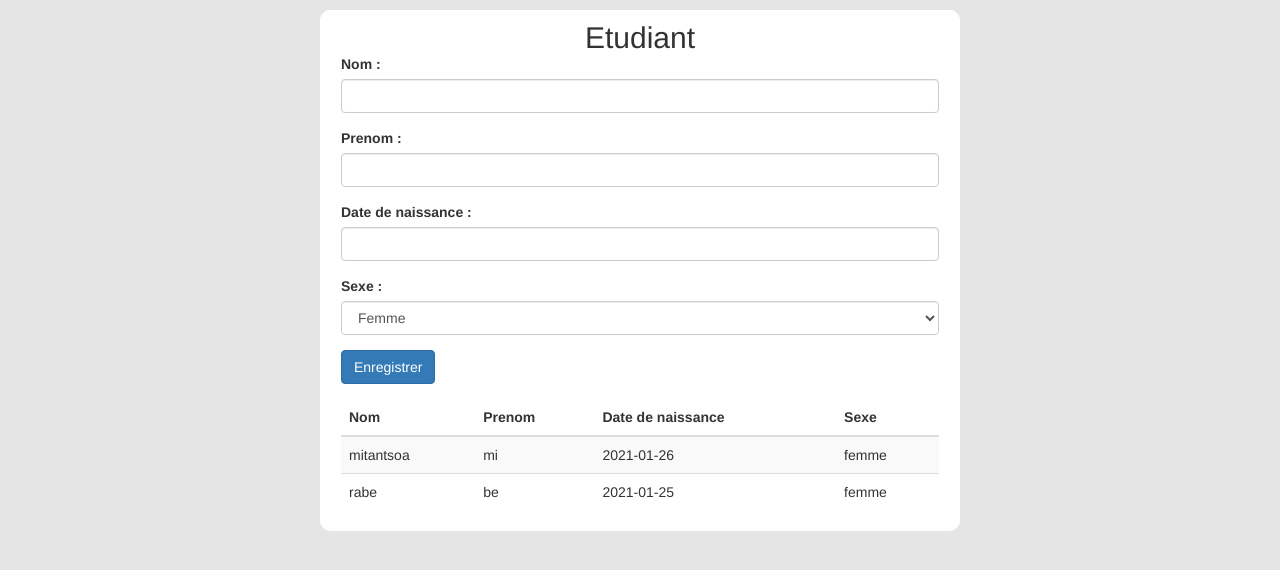
Repository: mitantsoa1/CRUD-note
Page: http://localhost/
The author's editor kept a copy of each file at every save. The page is drawn from the files as they stood at one save, then again after the next save.
The browser window is 1280 px wide. The pictures show the whole page.
The page is run by PHP 8.4 with error messages shown; the project is at /var/www/html/. The database holds what the project's SQL file puts in it.

Above is the page before, as saved 2021-02-11 16:05:35.
Console error: SyntaxError: Unexpected token '<'

### index.php
<?php

require_once ("Controls/Controllers.class.php");
// require_once ("Models/Database.class.php");
// Database::init("localhost","stage","root","");

if(isset($_GET['action'])){
    if(method_exists("Controllers",$_GET['action'])){
        $reflect = new ReflectionMethod("Controllers",$_GET['action']);
        $class = "Controllers";
        $reflect -> invoke(new $class);
    }else{
        Controllers::loadView("erreur.php");
    }
}else{
    Controllers::loadView("indexView.php");
}

?>

### Controls/Controllers.class.php
<?php
	class Controllers{

		public static function loadView($page){
			$page = htmlspecialchars(trim($page)) ;
			include("Views/".$page) ;
		}
		public function index(){
			Controllers::loadView("indexView");
		}
		// pour inclure les portions de page
		public static function includeTemplate($template)
		{
			$template = htmlspecialchars(trim($template));
			include "Views/template_parts/" . $template;
		}
		// inclure du JavaScript
		public static function includeJS($fields)
		{
			$script = "";
			for ($i = 0; $i < count($fields) - 1; $i++) {
				$code = htmlspecialchars(trim($fields[$i]));
				$script .= '<script src="Publics/js/' . $code . '.js"></script>' . "\n\t";
			}
			if ($i == count($fields) - 1) {
				$code = htmlspecialchars(trim($fields[count($fields) - 1]));
				$script .= '<script src="Publics/js/' . $code . '.js"></script>' . "\n";
			}
			echo $script;
		}
		// inclure du CSS
		public static function includeCSS($fields)
		{
			$css = "";
			for ($i = 0; $i < count($fields) - 1; $i++) {
				$code = htmlspecialchars(trim($fields[$i]));
				$css .= '<link rel="stylesheet" href="Publics/css/' . $code . '.css">' . "\n\t";
			}
			if ($i == count($fields) - 1) {
				$code = htmlspecialchars(trim($fields[count($fields) - 1]));
				$css .= '<link rel="stylesheet" href="Publics/css/' . $code . '.css">' . "\n";
			}
			echo $css;
		}
	}

 ?>

### Views/indexView.php
<!DOCTYPE html>
<html lang="en">
<head>
    <meta charset="UTF-8">
    <meta name="viewport" content="width=device-width, initial-scale=1.0">
    <title>Document</title>
    <!-- <link rel="stylesheet" href="https://cdnjs.cloudflare.com/ajax/libs/font-awesome/5.15.2/css/all.min.css" integrity="sha512-HK5fgLBL+xu6dm/Ii3z4xhlSUyZgTT9tuc/hSrtw6uzJOvgRr2a9jyxxT1ely+B+xFAmJKVSTbpM/CuL7qxO8w==" crossorigin="anonymous" /> -->
    <!-- <link rel="stylesheet" href="https://maxcdn.bootstrapcdn.com/bootstrap/4.0.0/css/bootstrap.min.css" integrity="sha384-Gn5384xqQ1aoWXA+058RXPxPg6fy4IWvTNh0E263XmFcJlSAwiGgFAW/dAiS6JXm" crossorigin="anonymous"> -->

    <?php
Controllers::includeCSS(["all","bootstrap.min","sweetalert2.min","style"]);
?>
</head>
<body>
    <div class="container content">
            <h2 class="text-center titre">Etudiant</h2>
        <form class="form-group myForm" id="formulaire">
            <input type="hidden" id="id">
            <div class="form-group">
                <label for="">Nom :</label>
                <input type="text" class="form-control obligatoire" id="nom">
            </div>
            <div class="form-group">
                <label for="">Prenom :</label>
                <input type="text" class="form-control obligatoire" id="prenom">
            </div>
            <div class="form-group">
                <label for="">Date de naissance :</label>
                <input type="text" class="form-control obligatoire" id="dtn">
            </div>
            <div class="form-group">
                <label for="">Sexe :</label>
                <select name="" id="sexe" class="form-control">
                    <option value="femme">Femme</option>
                    <option value="homme">Homme</option>
                </select>
            </div>

            <a href="#" id="btn_enregistrer" class="btn btn-primary">Enregistrer</a>
            <a href='#' id='modification' class='hide btn btn-success'>Modifier</a>
        </form>
        <div class="affichage_etudiant">

        </div>
    </div>

    <?php
Controllers::includeJS(["jquery","bootstrap.min","all","sweetalert2.min","main"]);
?>
    <!-- <script defer src="https://use.fontawesome.com/releases/v5.0.2/js/all.js"></script> -->
<!-- <script>

</script> -->
</body>
</html>

### Views/erreur.php
<!DOCTYPE html>
<html lang="fr">
<head>
    <meta charset="UTF-8">
    <meta name="viewport" content="width=device-width, initial-scale=1.0">
    <title>Page invalide</title>
</head>
<body>
    <h1>ERROR 404</h1>

        <p>Cette page n'est pas disponible</p>
</body>
</html>

### Controls/ajax.php
<?php
    include("../Models/Database.class.php");
    header('Content-type: application/json');
    $db = new Database();

    if(isset($_POST['data'])){
        $tab = $db->select("etudiant")
                ->execute();
        echo json_encode($tab);
    }

    if(isset($_POST['nom'])){
        $nom = htmlspecialchars(trim($_POST['nom']));
        $prenom = htmlspecialchars(trim($_POST['prenom']));
        $dtn = htmlspecialchars(trim($_POST['date_naissance']));
        $sexe = $_POST['sexe'];

        $db->insert("etudiant")
            ->parametters(["nom","prenom","date_de_naissance","sexe"])
            ->execute([$nom,$prenom,$dtn,$sexe]);
        echo json_encode("ok");
    }


?>

### Models/Database.class.php
<?php
class Database{
	private $query,$nombreParam, $lastTable;
	private static $conn,$host,$base,$user,$pass,$port ;
		// bd = new PDO("mysql:host=localhost;dbname=nom","user","pass")
		// initialisation
	public static function init($hote,$base,$port,$user,$pass) {
		self::$host=htmlspecialchars(trim($hote)) ;
		self::$base=htmlspecialchars(trim($base)) ;
		self::$user=htmlspecialchars(trim($user)) ;
		self::$pass=htmlspecialchars(trim($pass)) ;

	}
	public static function db() {
		$options = array(PDO::MYSQL_ATTR_INIT_COMMAND => 'SET NAMES utf8',
);


		$url ="mysql:host=".self::$host.";port=".self::$port.";dbname=".self::$base;
		if(!isset(self::$conn)) {
			self::$conn = new PDO($url,self::$user,self::$pass,$options);
		}
		return self::$conn ;

	}
		// execution du requete
	public function execute($value=null) {

			// tester s'il y des trous dans les requetes
			// si c'est une requete de selection
		if (strpos($this->query,"SELECT")>-1) {

			if (strpos($this->query,"?")>-1 ){
				$req = self::db()->prepare($this->query) ;
				$req->execute($value) ;
			}
			else {
				$req = self::db()->query($this->query) ;
			}


			return $req->fetchAll(PDO::FETCH_OBJ);
		}
		else {
			if (strpos($this->query,"?")>-1 ){
				$req = self::db()->prepare($this->query) ;
				$req->execute($value) ;

			}
			else {
				self::db()->query($this->query) ;
			}


			return 0 ;
		}



	}
	public function getQuery() {
		return $this->query ;
	}
	public function select($table){
		$table=htmlspecialchars(trim($table)) ;
		$this->query = "SELECT * FROM ".$table ;
		$this->lastTable =$table ;
		return $this ;
	}
	public function where($id,$operateur){
		$this->query .= " WHERE ".$id."".$operateur."?";

		return $this ;
	}
	public function et($id,$operateur) {
		$this->query .= " AND ".$id."".$operateur."?";

		return $this ;
	}
	public function ou($id,$operateur) {
		$this->query .= " OR ".$id."".$operateur."?";

		return $this ;
	}
		// insertion
	public function insert($table) {
		$this->query="INSERT INTO ".$table ;
		return $this ;
	}
	// mise à jours
	public function update($table) {
		$this->query="UPDATE ".$table ;
		return $this ;
	}
	public function parametters($fields) {
		if (strpos($this->query,"INSERT")>-1){
			// insertion
			$listeFields="(" ;
			$valeur="VALUES (" ;
			for ($i=0; $i <count($fields) ; $i++) {
				$listeFields.=$fields[$i]."," ;
				$valeur.="?," ;
			}

			$listeFields=trim($listeFields,",").")" ;

			$valeur=trim($valeur,",").")" ;
			$this->query.=" ".$listeFields ;
			$this->query.=" ".$valeur ;
		}
		else if (strpos($this->query,"UPDATE")>-1){
			$listeFields="SET " ;
			for ($i=0; $i <count($fields); $i++) {
				$listeFields.=$fields[$i]."=?," ;
			}
			$listeFields=trim($listeFields,",") ;
			$this->query.=" ".$listeFields ;
		}

		return $this ;
	}

		// suppréssion
	public function delete($table) {
		$table=htmlspecialchars(trim($table)) ;
		$this->query=" DELETE FROM ".$table;
		return $this ;
	}
	public function order($param) {
		$this->query.=" ORDER BY " ;
		$listeOrder="" ;
		foreach ($param as $key => $value) {
			$listeOrder.=$key. " ".$value."," ;
		}
		$listeOrder=trim($listeOrder,",") ;
		$this->query.=$listeOrder ;
		return $this ;
	}
	public function inner($table2,$id1) {
		$table2=htmlspecialchars(trim($table2)) ;
		$id1= htmlspecialchars(trim($id1)) ;

		$this->query.=" INNER JOIN ".$table2." ON ".$this->lastTable.".".$id1."=".$table2.".".$id1 ;
		$this->lastTable=$table2;
		return $this;
	}
	// inner join id différent
	public function innerD($table2,$id1,$id2) {
		$table2=htmlspecialchars(trim($table2)) ;
		$id1= htmlspecialchars(trim($id1)) ;

		$this->query.=" INNER JOIN ".$table2." ON ".$this->lastTable.".".$id1."=".$table2.".".$id2 ;
		$this->lastTable=$table2;
		return $this;
	}
	public function sum($table,$fields) {
		$fields = htmlspecialchars(trim($fields)) ;
		$table = htmlspecialchars(trim($table)) ;
		$this->query="SELECT SUM(".$fields.") AS somme FROM ".$table ;
		return $this ;
	}
	// selection avec paramètre
	public function selectParam($table,$listeFields) {
		$reqBase ="SELECT " ;
		for ($i=0; $i <count($listeFields) ; $i++) {
			$reqBase.=$listeFields[$i]."," ;
		}
		$this->query = trim($reqBase,",")." FROM ".$table;
		return $this ;


	}
	public function customSelect($requete) {
		$req = self::db()->query($requete) ;

		return $req->fetchAll(PDO::FETCH_OBJ);
	}

}
	Database::init("localhost","scolarite","3306","root","");

?>

### Publics/css/style.css
body {
    margin: 0;
    padding: 0;
    background: rgba(0, 0, 0, .1);
}

.content {
    width: 50vw;
    min-width: 300px;
    background: white;
    padding: 10px 20px 0 !important;
    margin: 10px auto;
    border:white 1px solid !important;
    border-radius: 10px !important;
}
.content .titre{
    padding: 0;
    margin: 0;
}
#enregistrer{
    display: block;
    margin: 0 auto;
    width: 100px;
}

### Publics/js/main.js
$(document).ready(function() {
    function selectionAll() {
        $.ajax({
            url: "Controls/ajax.php",
            type: "POST",
            data: "data=data",
            datatype: "json",
            success: function(data) {
                var table_affichage = "<div class='table_etudiant'> <table class='table table-striped  m-t-10' style='position: relative !important;'><thead style='position: sticky !important;z-index: 1000;'><th>Nom</th><th>Prenom</th><th>Date de naissance</th><th>Sexe</th></thead><tbody>";
                for (var i = 0; i < data.length; i++) {
                    table_affichage = table_affichage + "<tr><td>" + data[i].nom + "</td><td>" + data[i].prenom + "</td><td>" + data[i].date_de_naissance + "</td><td>" + data[i].sexe;
                }
                table_affichage = table_affichage + "</td></tr></tbody></table></div>";

                $('.affichage_etudiant').html(table_affichage);
            }
        })
    }
    selectionAll();

    $('#btn_enregistrer').on('click', function() {
        var $nom = $('#nom').val();
        var $prenom = $('#prenom').val();
        var $dtn = $('#dtn').val();
        var $sexe = $('#sexe').val();

        var data = "nom=" + $nom + "&prenom=" + $prenom + "&date_naissance=" + $dtn + "&sexe=" + $sexe;
        $.ajax({
            url: "Controls/ajax.php",
            type: "POST",
            data: data,
            datatype: "json",
            success: function(data) {

                Swal.fire({
                    position: "center",
                    icon: "success",
                    title: "succes!"
                });
                selectionAll();
            }
        })
    })


});

### scolarite.sql (the tables this page reads)
CREATE TABLE IF NOT EXISTS `etudiant` (
  `id` int(11) NOT NULL AUTO_INCREMENT,
  `nom` varchar(255) NOT NULL,
  `prenom` varchar(255) NOT NULL,
  `date_de_naissance` date NOT NULL,
  `sexe` varchar(30) NOT NULL,
  PRIMARY KEY (`id`)
) ENGINE=MyISAM AUTO_INCREMENT=9 DEFAULT CHARSET=utf8;

INSERT INTO `etudiant` (`id`, `nom`, `prenom`, `date_de_naissance`, `sexe`) VALUES
(5, 'mitantsoa', 'mi', '2021-01-26', 'femme'),
(8, 'rabe', 'be', '2021-01-25', 'femme');

Loaded but not shown: Publics/css/all.css (library); Publics/css/bootstrap.min.css (library); Publics/css/sweetalert2.min.css (library); Publics/js/jquery.js (library); Publics/js/bootstrap.min.js (library)

After the next save:
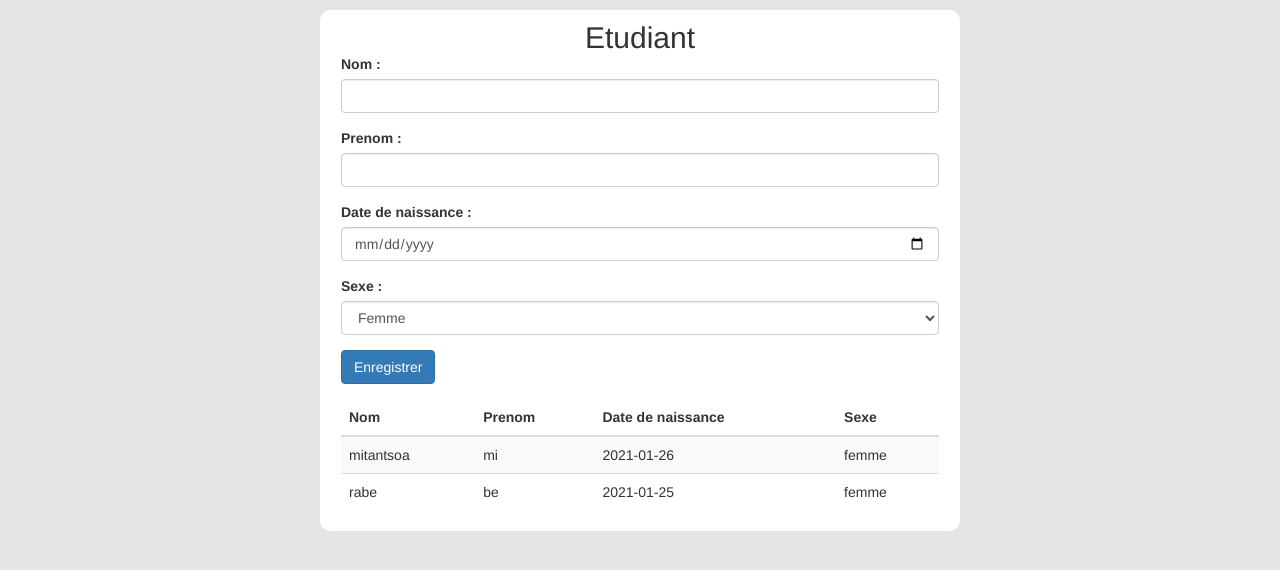
Saved 27 s later.
--- a/Views/indexView.php
+++ b/Views/indexView.php
@@ -26,7 +26,7 @@ Controllers::includeCSS(["all","bootstrap.min","sweetalert2.min","style"]);
             </div>
             <div class="form-group">
                 <label for="">Date de naissance :</label>
-                <input type="text" class="form-control obligatoire" id="dtn">
+                <input type="date" class="form-control obligatoire" id="dtn">
             </div>
             <div class="form-group">
                 <label for="">Sexe :</label>
